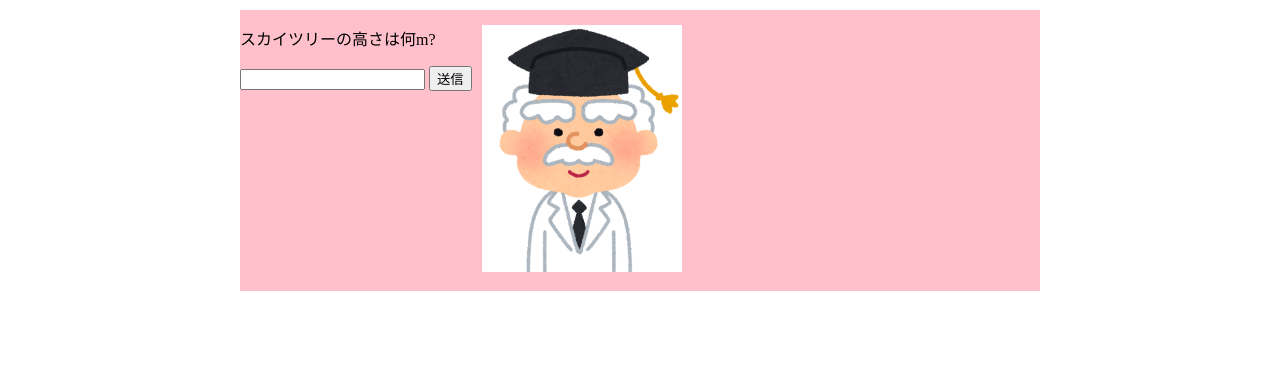
Repository: cshm225/jsplesson
Page: http://localhost/quiz/
The author's editor kept a copy of each file at every save. The page is drawn from the files as they stood at one save, then again after the next save.
The browser window is 1280 px wide. The pictures show the whole page.
The page is served by Tomcat 9.

Above is the page before, as saved 2022-05-25 04:58:13.

After the next save:
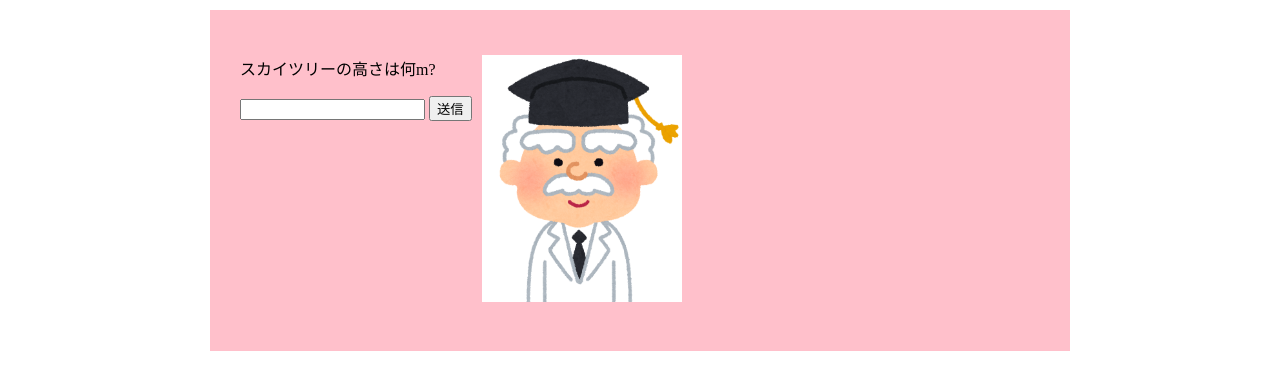
Saved 77 s later.
--- a/quiz/WebContent/css/main.css
+++ b/quiz/WebContent/css/main.css
@@ -4,6 +4,7 @@
 	margin:10px auto;
 	background:pink;
 	display:flex;
+	padding:30px;
 }
 #boxB .imgbox{
 	border-radius:10px;
